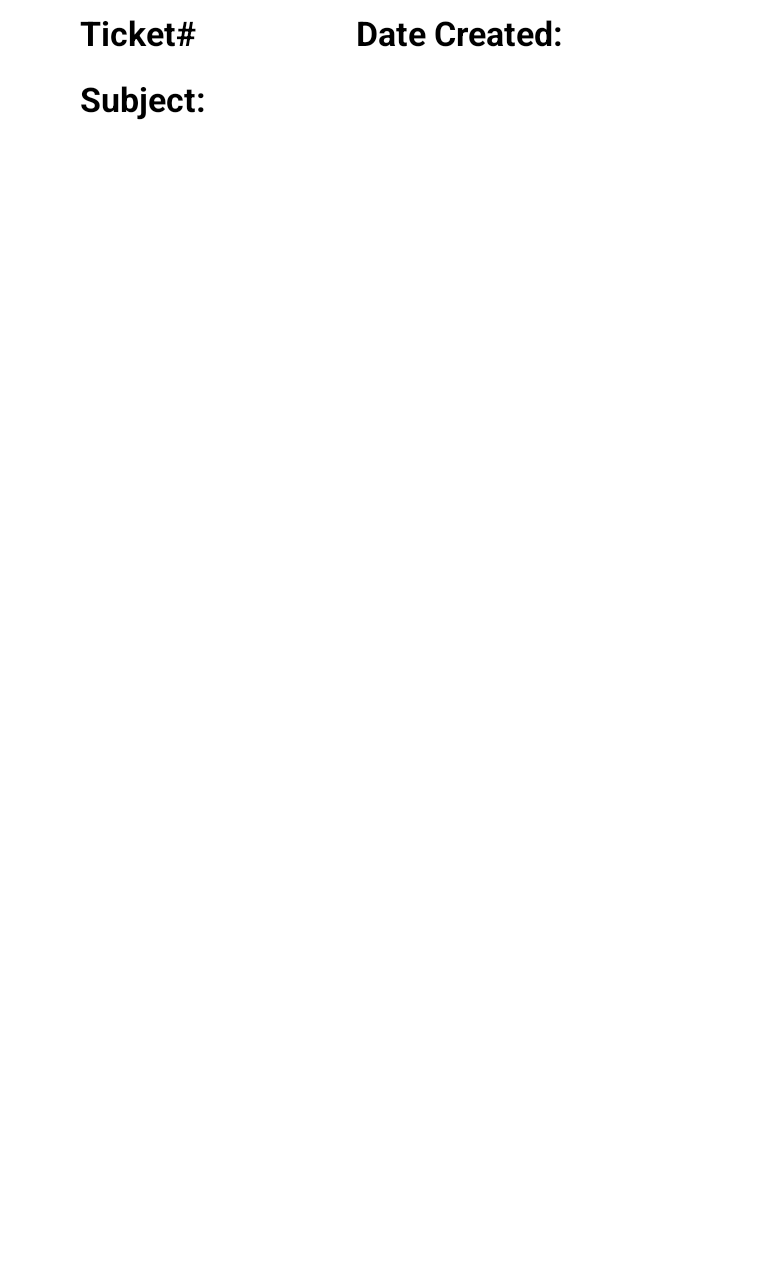
Repository: Pradeep-appstute/First
Layout: Control/res/layout/list_item.xml
The author's editor kept a copy of each file at every save. The layout is drawn from the files as they stood at one save, then again after the next save.
It is drawn on a 768 x 1280 px phone screen (xhdpi) without system bars, with theme AppTheme; the app's code is not run.

Above is the layout before, as saved 2014-02-21 06:26:15.

### Control/res/layout/list_item.xml
<?xml version="1.0" encoding="utf-8"?>
<LinearLayout xmlns:android="http://schemas.android.com/apk/res/android"
    android:layout_width="match_parent"
    android:layout_height="wrap_content"
    android:orientation="vertical" >

    <LinearLayout
        android:layout_width="match_parent"
        android:layout_height="wrap_content"
        android:orientation="horizontal" >

        <TextView
            android:layout_width="wrap_content"
            android:layout_height="wrap_content"
            android:paddingBottom="5dp"
            android:paddingLeft="?android:attr/expandableListPreferredChildPaddingLeft"
            android:paddingTop="5dp"
            android:textColor="#000000"
            android:textSize="17dip"
            android:text="Ticket#"
            android:textStyle="bold"
            />

        <TextView
            android:id="@+id/lblTicketNum"
            android:layout_width="wrap_content"
            android:layout_height="wrap_content"
            android:paddingBottom="5dp"
            android:paddingLeft="?android:attr/expandableListPreferredChildPaddingLeft"
            android:paddingTop="5dp"
            android:textColor="#000000"
            android:textSize="17dip" />

        <TextView
            android:layout_width="fill_parent"
            android:layout_height="wrap_content"
            android:paddingBottom="5dp"
            android:paddingLeft="?android:attr/expandableListPreferredChildPaddingLeft"
            android:paddingTop="5dp"
            android:textColor="#000000"
            android:textSize="17dip"
            android:text="Date Created:"
            android:textStyle="bold" />

        <TextView
            android:id="@+id/lblDateCreated"
            android:layout_width="wrap_content"
            android:layout_height="wrap_content"
            android:paddingBottom="5dp"
            android:paddingLeft="?android:attr/expandableListPreferredChildPaddingLeft"
            android:paddingTop="5dp"
            android:textColor="#000000"
            android:textSize="17dip" />
    </LinearLayout>

    <LinearLayout
        android:layout_width="match_parent"
        android:layout_height="wrap_content"
        android:orientation="horizontal" >

        <TextView
            android:id="@+id/lblListItem"
            android:layout_width="wrap_content"
            android:layout_height="wrap_content"
            android:paddingBottom="5dp"
            android:paddingLeft="?android:attr/expandableListPreferredChildPaddingLeft"
            android:paddingTop="5dp"
            android:textColor="#000000"
            android:textSize="17dip"
            android:text="Subject:"
            android:textStyle="bold"
            />

        <TextView
            android:id="@+id/lblSubject"
            android:layout_width="wrap_content"
            android:layout_height="wrap_content"
            android:paddingBottom="5dp"
            android:paddingLeft="?android:attr/expandableListPreferredChildPaddingLeft"
            android:paddingTop="5dp"
            android:textColor="#000000"
            android:textSize="17dip" />
    </LinearLayout>

</LinearLayout>

Loaded but not shown: Control/res/values/styles.xml (common file); Control/res/values-v11/styles.xml (common file); Control/res/values-v14/styles.xml (common file)

After the next save:
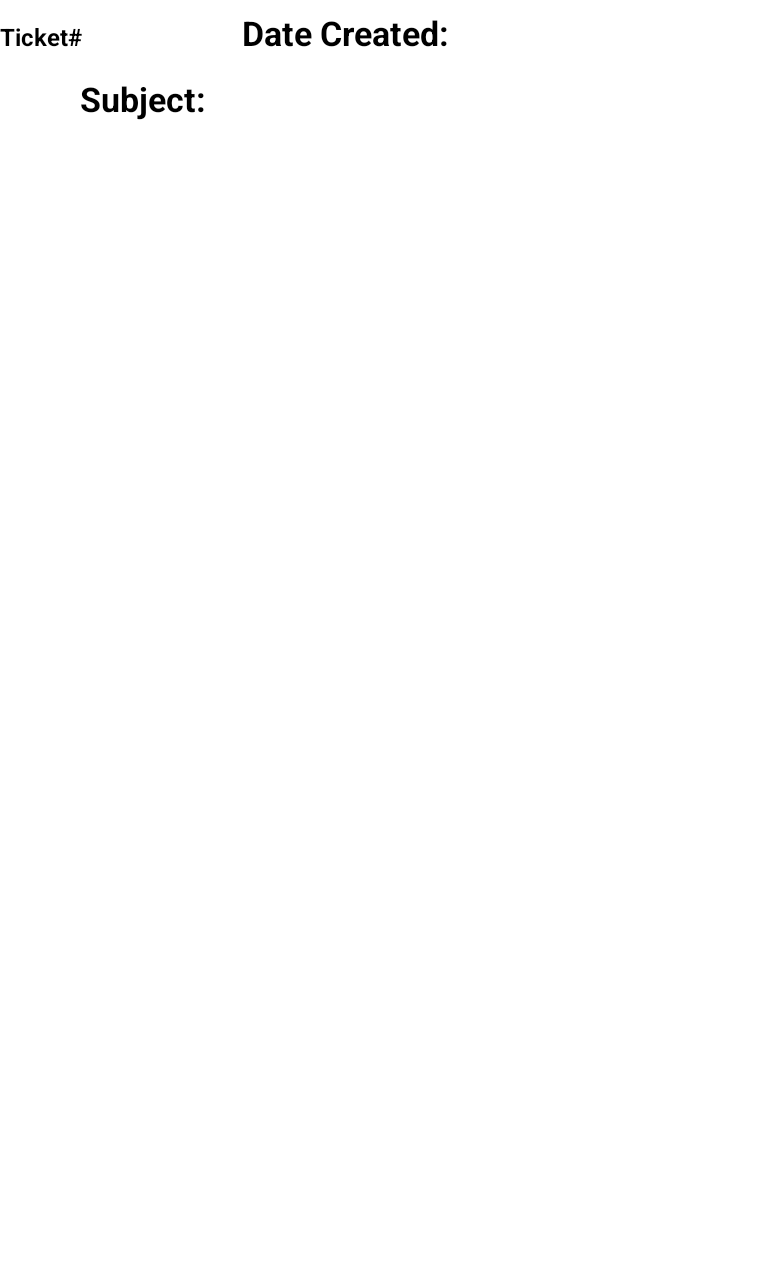
Saved 2 min 36 s later.
--- a/Control/res/layout/list_item.xml
+++ b/Control/res/layout/list_item.xml
@@ -12,11 +12,8 @@
         <TextView
             android:layout_width="wrap_content"
             android:layout_height="wrap_content"
-            android:paddingBottom="5dp"
-            android:paddingLeft="?android:attr/expandableListPreferredChildPaddingLeft"
-            android:paddingTop="5dp"
             android:textColor="#000000"
-            android:textSize="17dip"
+            android:textSize="12dip"
             android:text="Ticket#"
             android:textStyle="bold"
             />
